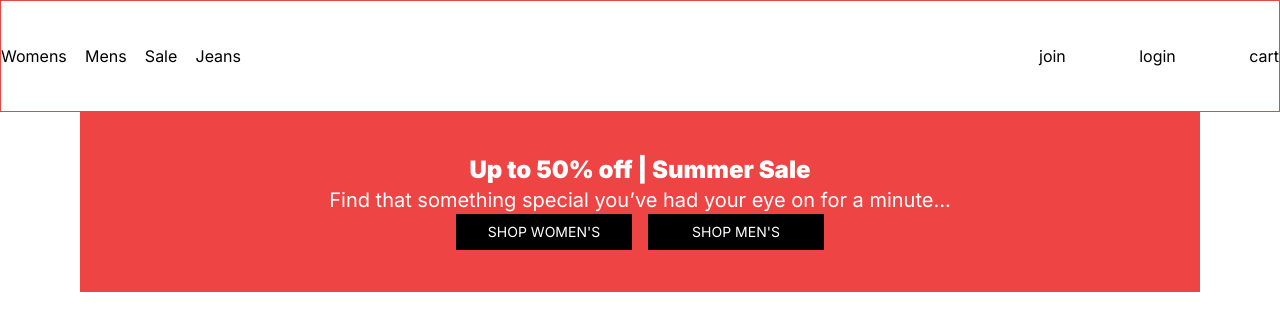
Repository: harrywebb21/stil-clothing
Page: /
These files come from the project's save history. The page is drawn as it stood at one moment and after the next save; the edit follows.
The browser window is 1280 px wide. The pictures show the whole page.
The project was rebuilt for these pictures with package versions that can differ from the ones it lists, and the page was loaded fresh each time. The framework's server and built-in components were replaced by stand-ins that run in the browser. Also part of the build but not shown: next.config.js.

Above is the page before, as saved 2023-06-08 16:15:06.

After the next save:
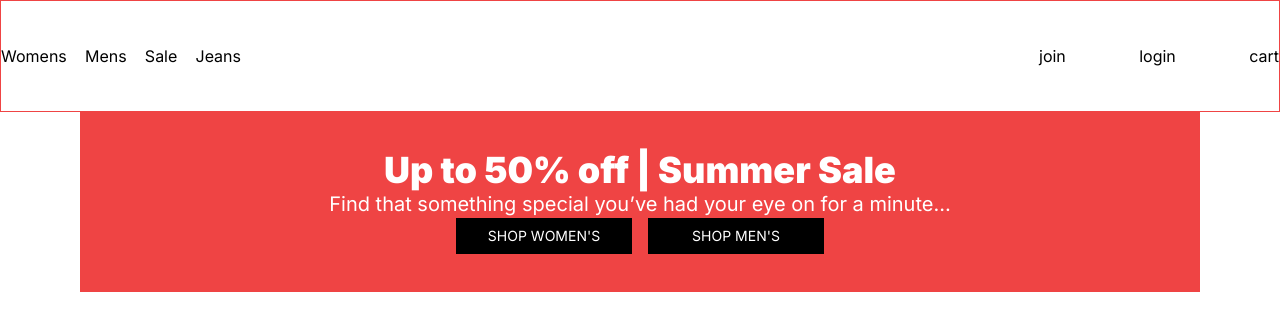
Saved 62 s later.
--- a/src/app/components/SaleBox.js
+++ b/src/app/components/SaleBox.js
@@ -1,7 +1,7 @@
 export default function SaleBox() {
   return (
     <div className="flex flex-col justify-center items-center h-[180px] bg-red-500 text-white w-screen m">
-      <h1 className=" text-2xl font-black"> Up to 50% off | Summer Sale</h1>
+      <h1 className=" text-4xl font-black"> Up to 50% off | Summer Sale</h1>
       <p className=" text-xl">
         Find that something special you’ve had your eye on for a minute…
       </p>
